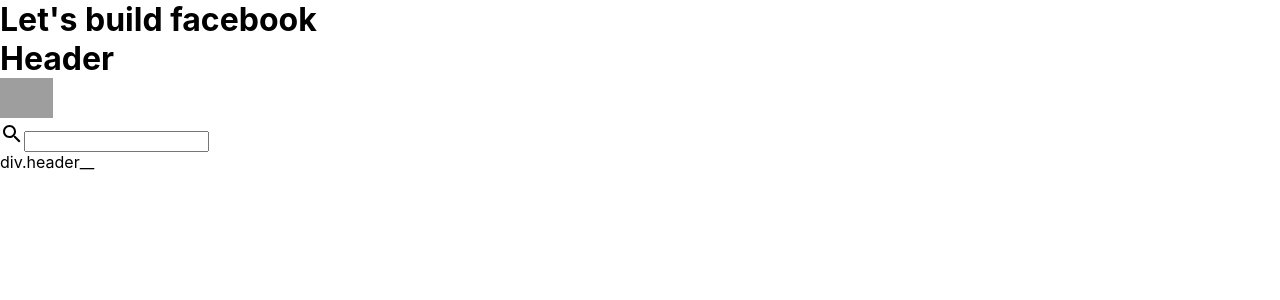
Repository: exiled-kal/FaceBook
Page: /
An editor plug-in stored every save of this project. The page is shown before and after the next save, followed by the edit.
The browser window is 1280 px wide. The pictures show the whole page.
Pictures or frames that could not be fetched are drawn as grey boxes. The project was rebuilt for these pictures with package versions that can differ from the ones it lists, and the page was loaded fresh each time. Also part of the build but not shown: src/App.css.

Above is the page before, as saved 2020-08-29 21:27:23.

### src/App.js
import React from 'react';
import './App.css';
import Header from './Header';

function App() {
  return (
    <div className="app">
      <h1>Let's build facebook</h1>

      {/* Header */}
      <Header />
      {/* App Body */}
      {/* SideBar */}
      {/* Feed */}
      {/* Widget */}
    </div>
  );
}

export default App;

### src/Header.js
import React from 'react';
import './Header.css';
import SearchIcon from '@material-ui/icons/Search';

function Header() {
  return (
    <div className="header">
      <h1>Header</h1>
      <div className="header__left">
        <img
          src="https://facebookbrand.com/wp-content/uploads/2019/04/f_logo_RGB-Hex-Blue_512.png?w=512&h=512"
          alt=""
        />
        <div className="header__input">
          <SearchIcon />
          <input type="text" />
        </div>
      </div>

      <div className="header__middle">
          div.header__
      </div>

      <div className="header__right"></div>
    </div>
  );
}

export default Header;

### src/Header.css
.header__left > img {
  height: 40px;

}

Loaded but not shown: public/index.html (common file); src/index.js (common file); src/index.css (common file); src/serviceWorker.js (common file)

After the next save:
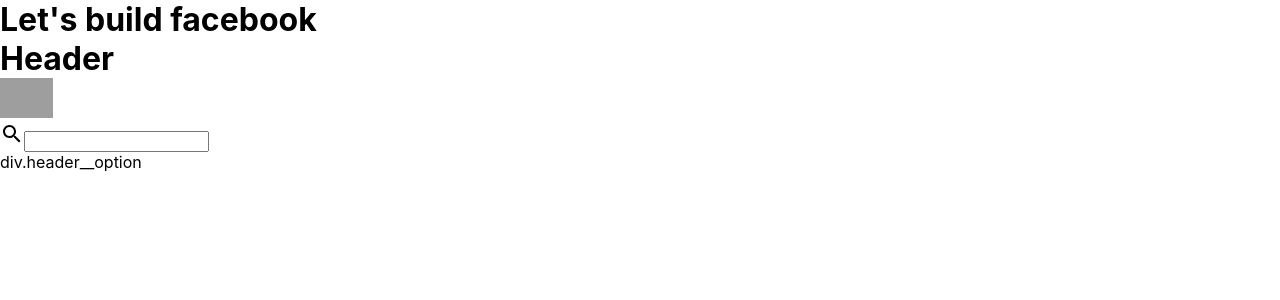
Saved 6 s later.
--- a/src/Header.js
+++ b/src/Header.js
@@ -18,7 +18,7 @@
       </div>
 
       <div className="header__middle">
-          div.header__
+          div.header__option
       </div>
 
       <div className="header__right"></div>
